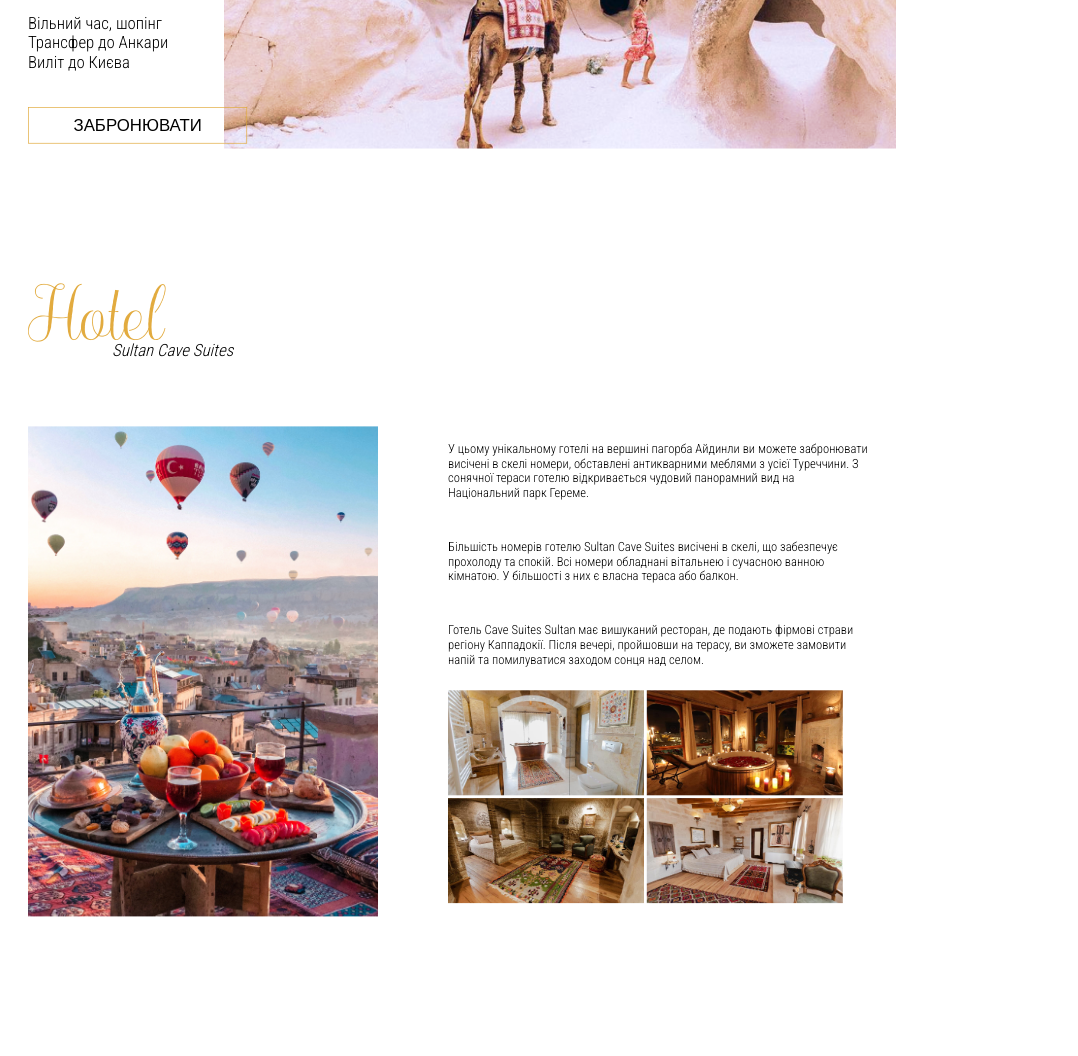
Repository: KYUUBI-K/cappadocia
Page: index.html
An editor plug-in stored every save of this project. The page is shown before and after the next save, followed by the edit.
The browser window is 1280 px wide. The page is 1540 px wide, so the pictures cover 1540 px, including what lies to the right of the window. The pictures show the part of the page from y = 2923 to 4523 px (the page is 4432 px tall before and 4523 px after), at 70% of full size.

Above is the page before, as saved 2025-08-21 18:47:11.

After the next save:
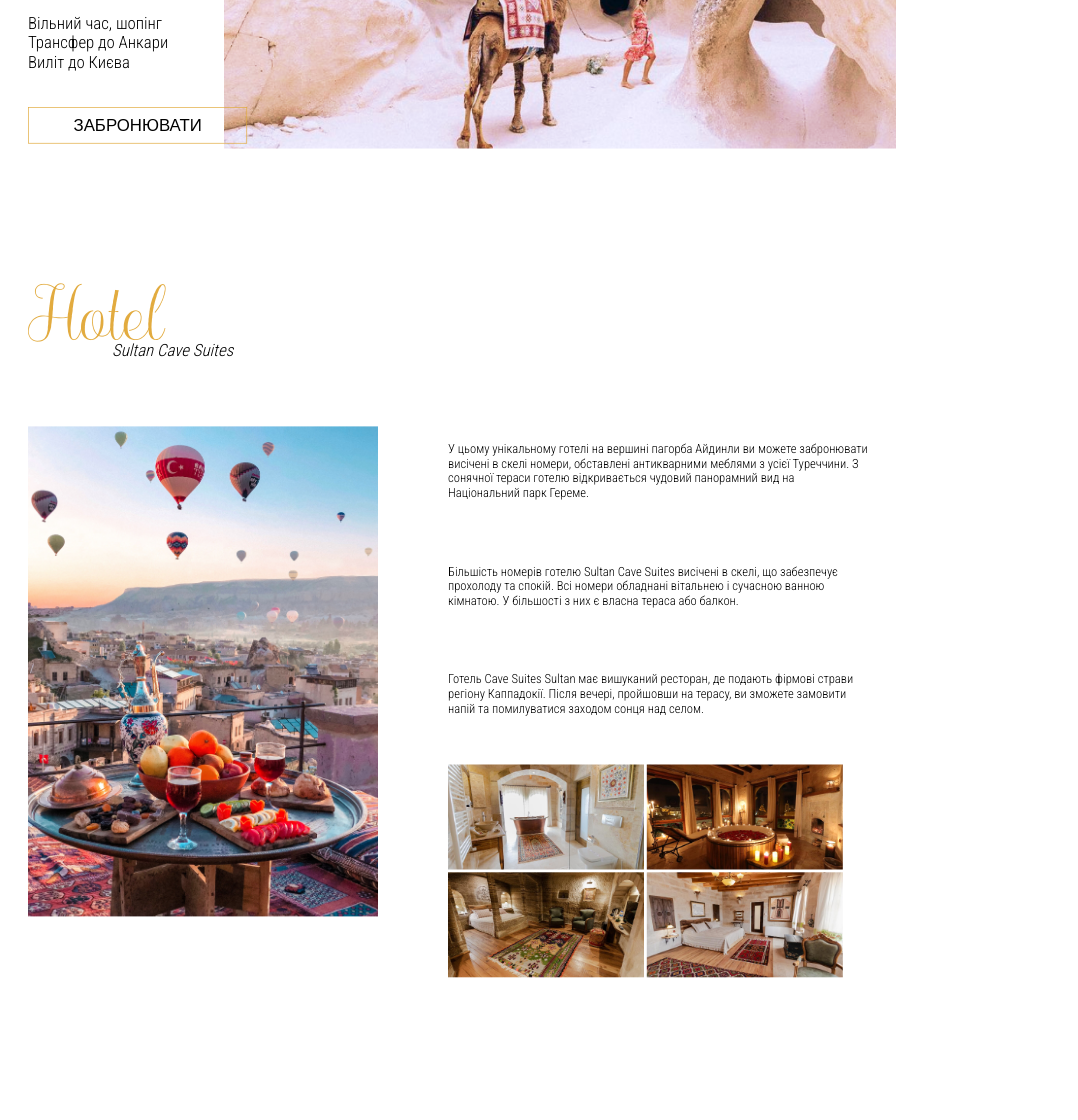
Saved 10 s later.
--- a/styles.css
+++ b/styles.css
@@ -250,7 +250,7 @@
   flex-direction: row;
   flex-wrap: wrap;
   justify-content: space-between;
-  column-gap: 50px;
+  row-gap: 50px;
 }
 .hotel-text p {
   margin-bottom: 20px;

After the save that followed:
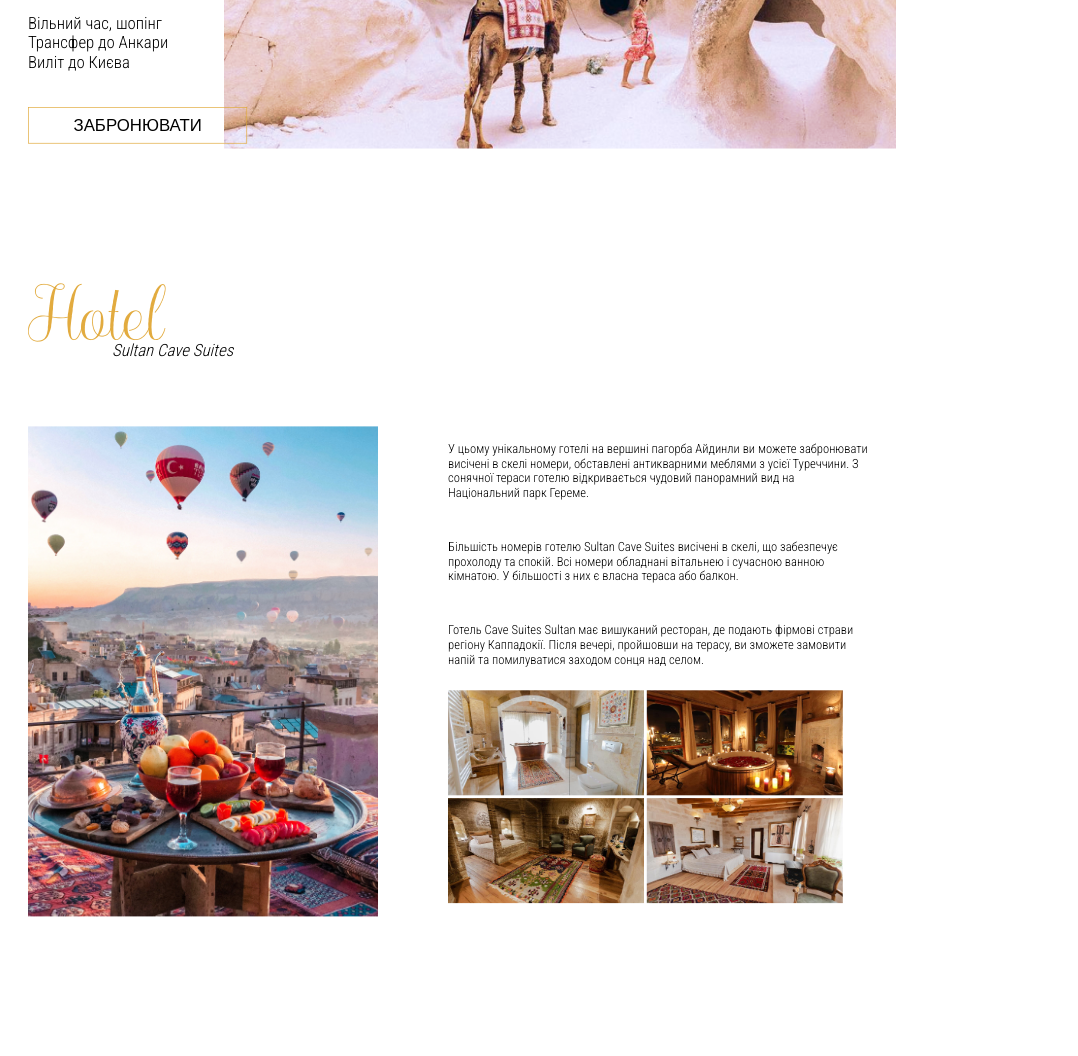
Saved 59 s later.
--- a/styles.css
+++ b/styles.css
@@ -250,7 +250,6 @@
   flex-direction: row;
   flex-wrap: wrap;
   justify-content: space-between;
-  row-gap: 50px;
 }
 .hotel-text p {
   margin-bottom: 20px;
